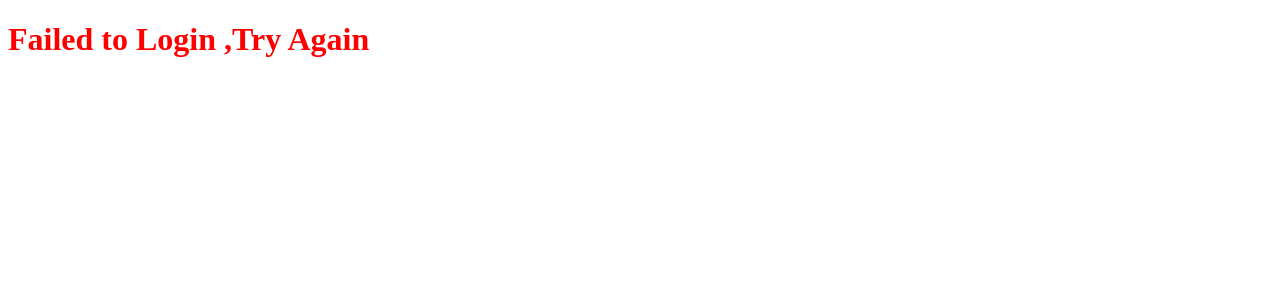
Repository: MaheshAwaji/JavaProjects
Page: http://localhost/servelet1/error.jsp
An editor plug-in stored every save of this project. The page is shown before and after the next save, followed by the edit.
The browser window is 1280 px wide. The pictures show the whole page.
The page is served by Tomcat 9.

Above is the page before, as saved 2024-07-01 10:27:10.

After the next save:
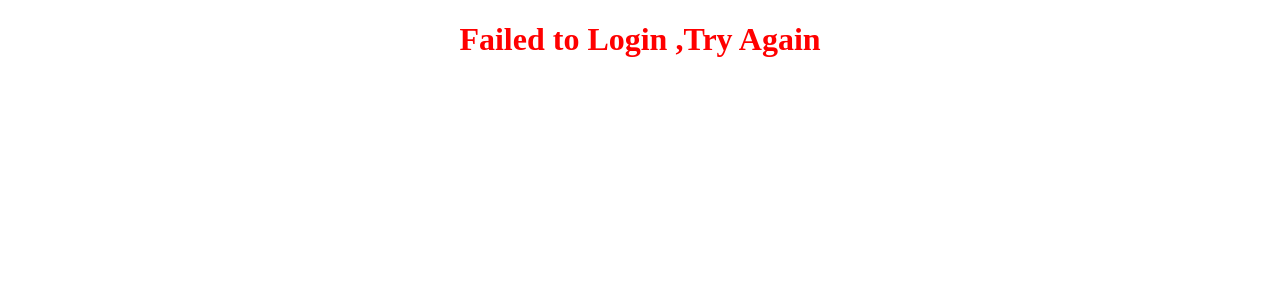
Saved 36 s later.
--- a/servelet1/src/main/webapp/error.jsp
+++ b/servelet1/src/main/webapp/error.jsp
@@ -9,6 +9,9 @@
 <title>Insert title here</title>
 </head>
 <body>
-	<h1 style="color: red" >Failed to Login ,Try Again</h1>
+	<div align="center">
+		<h1 style="color: red">Failed to Login ,Try Again</h1>
+	</div>
+
 </body>
 </html>
